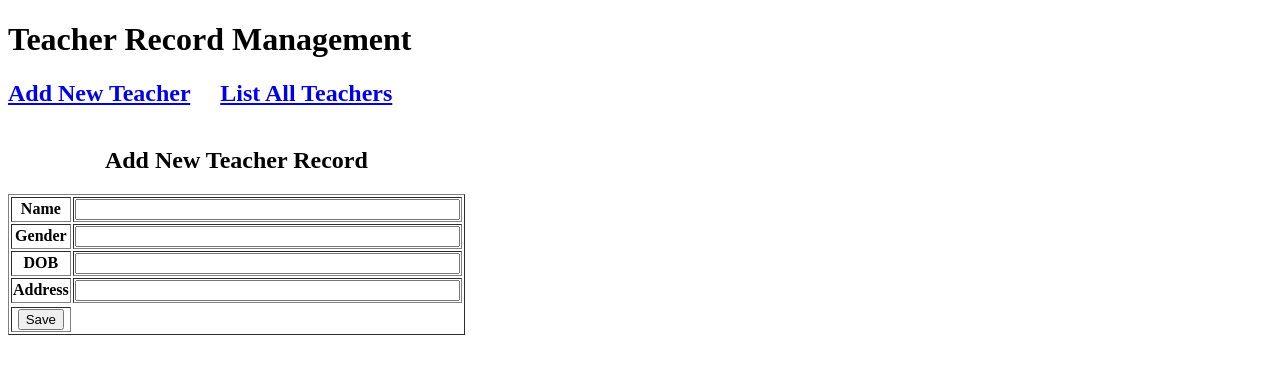
Repository: ashkumar661/Phase-2-Project
Page: http://localhost/crud-example/teacher-form.jsp
The author's editor kept a copy of each file at every save. The page is drawn from the files as they stood at one save, then again after the next save.
The browser window is 1280 px wide. The pictures show the whole page.
The page is served by Tomcat 9. Other server files are loaded and not shown.

Above is the page before, as saved 2022-05-15 22:17:53.

### crud-example/src/main/webapp/teacher-form.jsp
<%@ page language="java" contentType="text/html; charset=ISO-8859-1"
	pageEncoding="ISO-8859-1"%>
<%@ taglib uri="http://java.sun.com/jsp/jstl/core" prefix="c"%>
<!DOCTYPE html>
<html>
<head>
<meta charset="ISO-8859-1">
<title>Learner's Academy</title>
</head>
<body>
	<h1>Teacher Record Management</h1>
	<h2>
		<a href="<%=request.getContextPath()%>/newTeacher">Add New Teacher</a>
		&nbsp;&nbsp;&nbsp; <a href="<%=request.getContextPath()%>/listTeacher">List
			All Teachers</a>

	</h2>
	<c:if test="${userTeacher != null}">
		<form action="updateTeacher" method="post">
	</c:if>
	<c:if test="${userTeacher == null}">
		<form action="insertTeacher" method="post">
	</c:if>
	<table border="1">
		<caption>
			<h2>
				<c:if test="${userTeacher != null}">
                        Edit Teacher Record
                    </c:if>
				<c:if test="${userTeacher == null}">
                        Add New Teacher Record
                    </c:if>
			</h2>
		</caption>
		<c:if test="${userTeacher != null}">
			<input type="hidden" name="id"
				value="<c:out value='${userTeacher.id}' />" />
		</c:if>
		<tr>
			<th>Name</th>
			<td><input type="text" name="name" size="45"
				value="<c:out value='${userTeacher.name}' />" /></td>
		</tr>
		<tr>
			<th>Gender</th>
			<td><input type="text" name="gender" size="45"
				value="<c:out value='${userTeacher.gender}' />" /></td>
		</tr>
		<tr>
			<th>DOB</th>
			<td><input type="text" name="dob" size="45"
				value="<c:out value='${userTeacher.dob}' />" /></td>
		</tr>
		<tr>
			<th>Address</th>
			<td><input type="text" name="address" size="45"
				value="<c:out value='${userTeacher.address}' />" /></td>
		</tr>
		<tr>
		<tr>
			<td align="center"><input type="submit" value="Save" /></td>
		</tr>
	</table>
	</form>
</body>
</html>

After the next save:
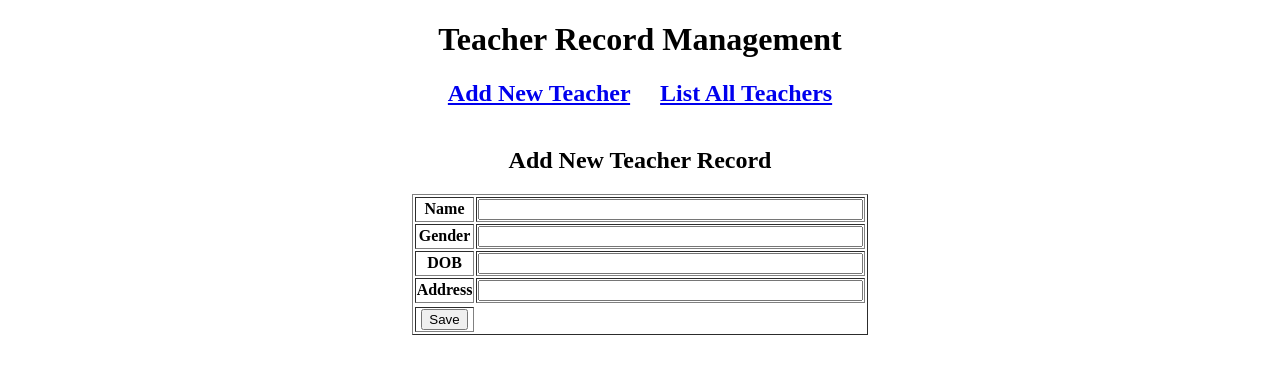
Saved 24 s later.
--- a/crud-example/src/main/webapp/teacher-form.jsp
+++ b/crud-example/src/main/webapp/teacher-form.jsp
@@ -1,13 +1,13 @@
 <%@ page language="java" contentType="text/html; charset=ISO-8859-1"
 	pageEncoding="ISO-8859-1"%>
 <%@ taglib uri="http://java.sun.com/jsp/jstl/core" prefix="c"%>
-<!DOCTYPE html>
+<!DOCTYPE HTML PUBLIC "-//W3C//DTD HTML 4.01 Transitional//EN" "http://www.w3.org/TR/html4/loose.dtd">
 <html>
 <head>
-<meta charset="ISO-8859-1">
 <title>Learner's Academy</title>
 </head>
 <body>
+<center>
 	<h1>Teacher Record Management</h1>
 	<h2>
 		<a href="<%=request.getContextPath()%>/newTeacher">Add New Teacher</a>
@@ -62,5 +62,6 @@
 		</tr>
 	</table>
 	</form>
+	</center>
 </body>
 </html>
